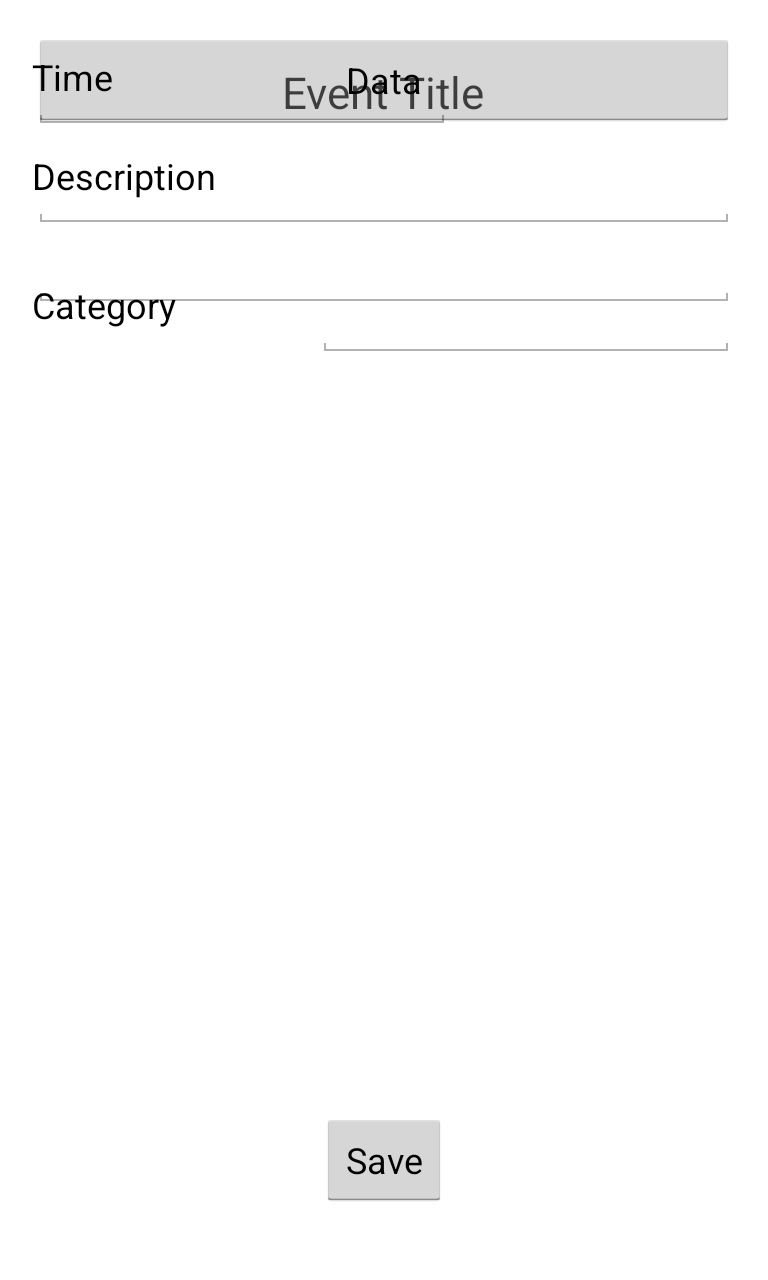
Repository: ctc8631/Android-dev
Layout: WorkDone/res/layout/activity_main.xml
These files come from the project's save history. The layout is drawn as it stood at one moment and after the next save; the edit follows.
It is drawn on a 768 x 1280 px phone screen (xhdpi) without system bars, with theme AppTheme; the app's code is not run.

Above is the layout before, as saved 2013-09-11 13:08:51.

### WorkDone/res/layout/activity_main.xml
<RelativeLayout xmlns:android="http://schemas.android.com/apk/res/android"
    xmlns:tools="http://schemas.android.com/tools"
    android:layout_width="match_parent"
    android:layout_height="match_parent"
    android:paddingBottom="@dimen/activity_vertical_margin"
    android:paddingLeft="@dimen/activity_horizontal_margin"
    android:paddingRight="@dimen/activity_horizontal_margin"
    android:paddingTop="@dimen/activity_vertical_margin"
    tools:context=".MainActivity" >

    <TextView
        android:id="@+id/textView1"
        android:layout_width="wrap_content"
        android:layout_height="wrap_content"
        android:layout_alignParentTop="true"
        android:layout_centerHorizontal="true"
        android:layout_marginTop="15dp"
        android:text="@string/event_title"
        android:textAppearance="?android:attr/textAppearanceLarge" />

    <EditText
        android:id="@+id/title"
        android:layout_width="match_parent"
        android:layout_height="wrap_content"
        android:layout_below="@+id/textView1"
        android:layout_centerHorizontal="true"
        android:layout_marginTop="15dp"
        android:ems="10"
        android:inputType="textCapWords"
        />

    <TextView
        android:id="@+id/textView2"
        android:layout_width="wrap_content"
        android:layout_height="wrap_content"
        android:layout_alignLeft="@+id/title"
        android:layout_below="@+id/title"
        android:layout_marginTop="25dp"
        android:text="@string/event_cat"
        android:textAppearance="?android:attr/textAppearanceMedium" />

    <EditText
        android:id="@+id/cat"
        android:layout_width="wrap_content"
        android:layout_height="wrap_content"
        android:layout_alignRight="@+id/title"
        android:layout_below="@+id/title"
        android:layout_marginTop="25dp"
        android:ems="10"
        android:inputType="textCapWords"
        />

    <Button
	    android:id="@+id/datepickerbutton"
	    android:layout_width="fill_parent"
	    android:layout_height="wrap_content"
	    android:text="@string/event_date"
	 	/>

    <TextView
        android:id="@+id/textView4"
        android:layout_width="wrap_content"
        android:layout_height="wrap_content"
        android:layout_alignLeft="@+id/textView3"
        android:layout_below="@+id/date"
        android:layout_marginTop="10dp"
        android:text="@string/event_time"
        android:textAppearance="?android:attr/textAppearanceMedium" />

    <EditText
        android:id="@+id/time"
        android:layout_width="wrap_content"
        android:layout_height="wrap_content"
        android:layout_alignLeft="@+id/date"
        android:layout_below="@+id/date"
        android:layout_marginTop="10dp"
        android:ems="10"
        android:inputType="time" />

    <TextView
        android:id="@+id/textView5"
        android:layout_width="wrap_content"
        android:layout_height="wrap_content"
        android:layout_alignLeft="@+id/textView4"
        android:layout_below="@+id/time"
        android:layout_marginTop="10dp"
        android:text="@string/event_descrip"
        android:textAppearance="?android:attr/textAppearanceMedium" />

    <EditText
        android:id="@+id/descrip"
        android:layout_width="match_parent"
        android:layout_height="wrap_content"
        android:layout_below="@+id/textView5"
        android:layout_marginTop="15dp"
        android:ems="10"
        android:inputType="textMultiLine" />

    <Button
        android:id="@+id/save"
        android:layout_width="wrap_content"
        android:layout_height="wrap_content"
        android:layout_alignParentBottom="true"
        android:layout_centerHorizontal="true"
        android:layout_marginBottom="20dp"
        android:text="@string/event_save" />

</RelativeLayout>

### WorkDone/res/values/strings.xml
<?xml version="1.0" encoding="utf-8"?>
<resources>

    <string name="app_name">WorkDone</string>
    <string name="action_settings">Settings</string>
    <string name="event_title">Event Title</string>
    <string name="event_cat">Category</string>
    <string name="event_date">Data</string>
    <string name="event_time">Time</string>
    <string name="event_descrip">Description</string>
    <string name="event_save">Save</string>

</resources>

Loaded but not shown: WorkDone/res/values/styles.xml (common file); WorkDone/res/values-v11/styles.xml (common file); WorkDone/res/values-v14/styles.xml (common file); WorkDone/res/values/dimens.xml (common file)

After the next save:
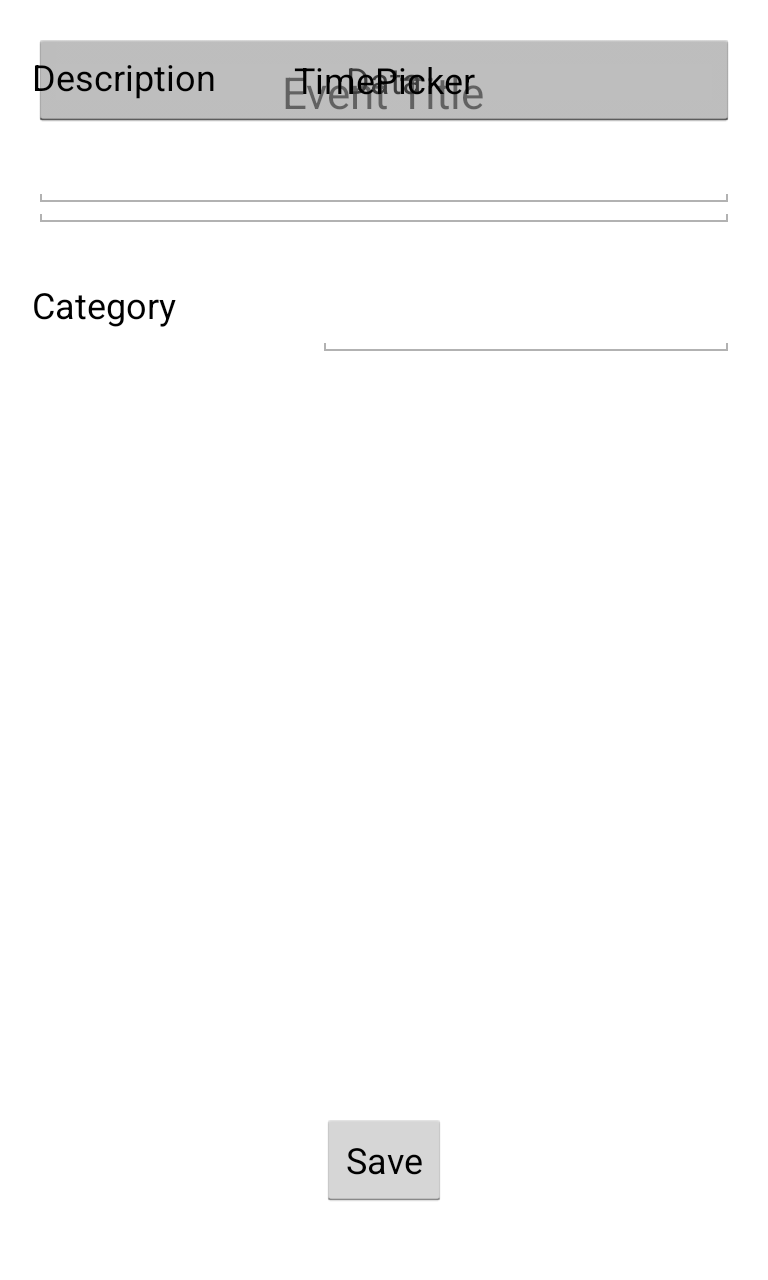
Saved 64 s later.
--- a/WorkDone/res/layout/activity_main.xml
+++ b/WorkDone/res/layout/activity_main.xml
@@ -57,25 +57,12 @@
 	    android:text="@string/event_date"
 	 	/>
 
-    <TextView
-        android:id="@+id/textView4"
-        android:layout_width="wrap_content"
-        android:layout_height="wrap_content"
-        android:layout_alignLeft="@+id/textView3"
-        android:layout_below="@+id/date"
-        android:layout_marginTop="10dp"
-        android:text="@string/event_time"
-        android:textAppearance="?android:attr/textAppearanceMedium" />
-
-    <EditText
-        android:id="@+id/time"
-        android:layout_width="wrap_content"
-        android:layout_height="wrap_content"
-        android:layout_alignLeft="@+id/date"
-        android:layout_below="@+id/date"
-        android:layout_marginTop="10dp"
-        android:ems="10"
-        android:inputType="time" />
+	<Button
+	    android:id="@+id/timepickerbutton"
+	    android:layout_width="fill_parent"
+	    android:layout_height="wrap_content"
+	    android:text="TimePicker"
+	 	/>
 
     <TextView
         android:id="@+id/textView5"
